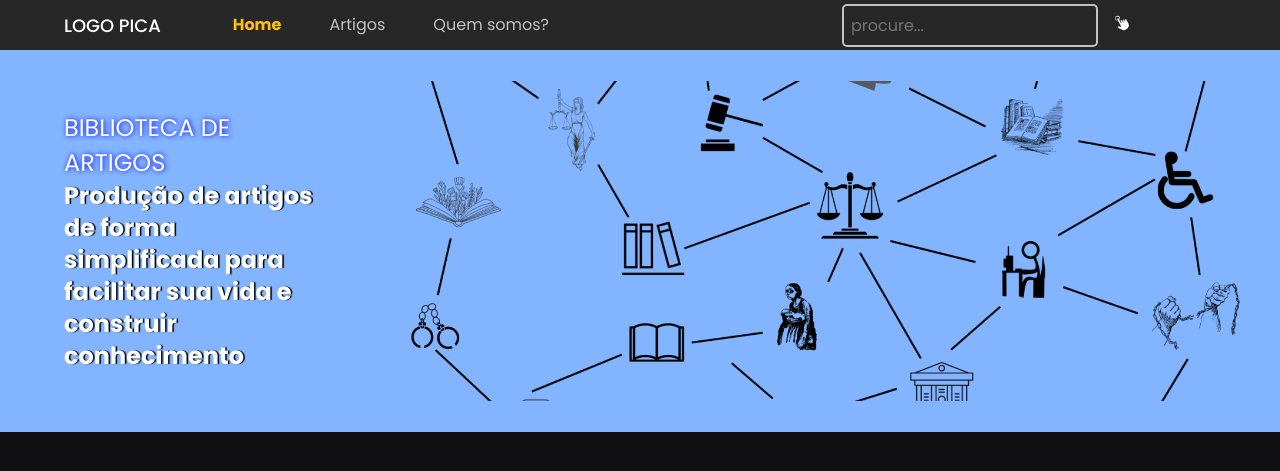
Repository: ArthurHendrich/Inepto
Page: /
An editor plug-in stored every save of this project. The page is shown before and after a run of saves, followed by the edit.
The browser window is 1280 px wide. The pictures show the whole page.
The project was rebuilt for these pictures with package versions that can differ from the ones it lists, and the page was loaded fresh each time. The framework's server and built-in components were replaced by stand-ins that run in the browser. Also part of the build but not shown: next.config.js.

Above is the page before, as saved 2022-07-06 19:46:25.

After the next 4 saves:
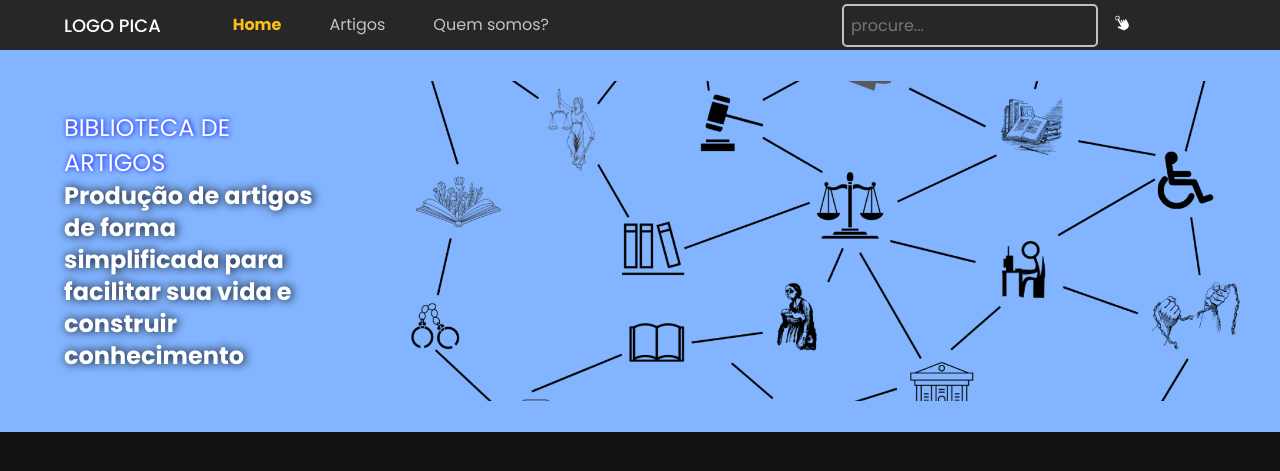
The 4 saves are shown as one change because they came seconds apart.
The last was saved 13 s later.
--- a/src/styles/home.module.scss
+++ b/src/styles/home.module.scss
@@ -21,7 +21,7 @@
     h2{
       font-weight: 700;
       line-height: 2rem;
-      text-shadow: 1.5px 0px 1px black;
+      text-shadow: 1.5px 0px 10px black;
       cursor: pointer;
     }
   }
